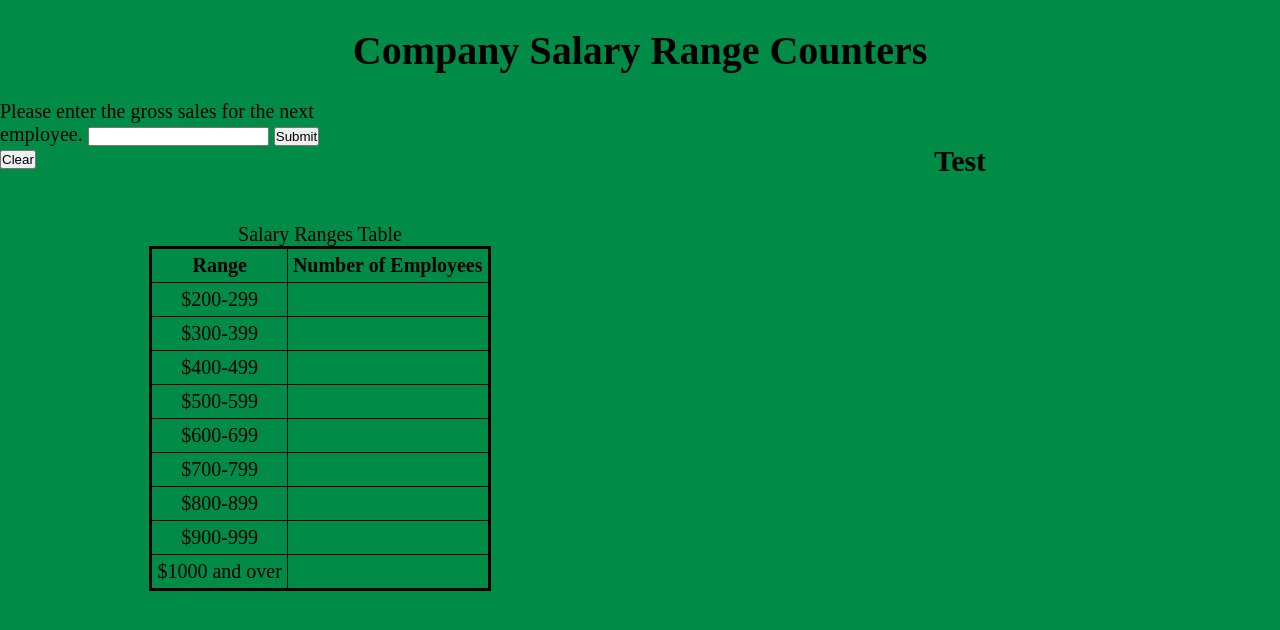
Repository: mlmEFSC21/P17-Sales-Commision
Page: sales.html
These files come from the project's save history. The page is drawn as it stood at one moment and after the next save; the edit follows.
The browser window is 1280 px wide. The pictures show the whole page.

Above is the page before, as saved 2022-04-02 08:24:11.

After the next save:
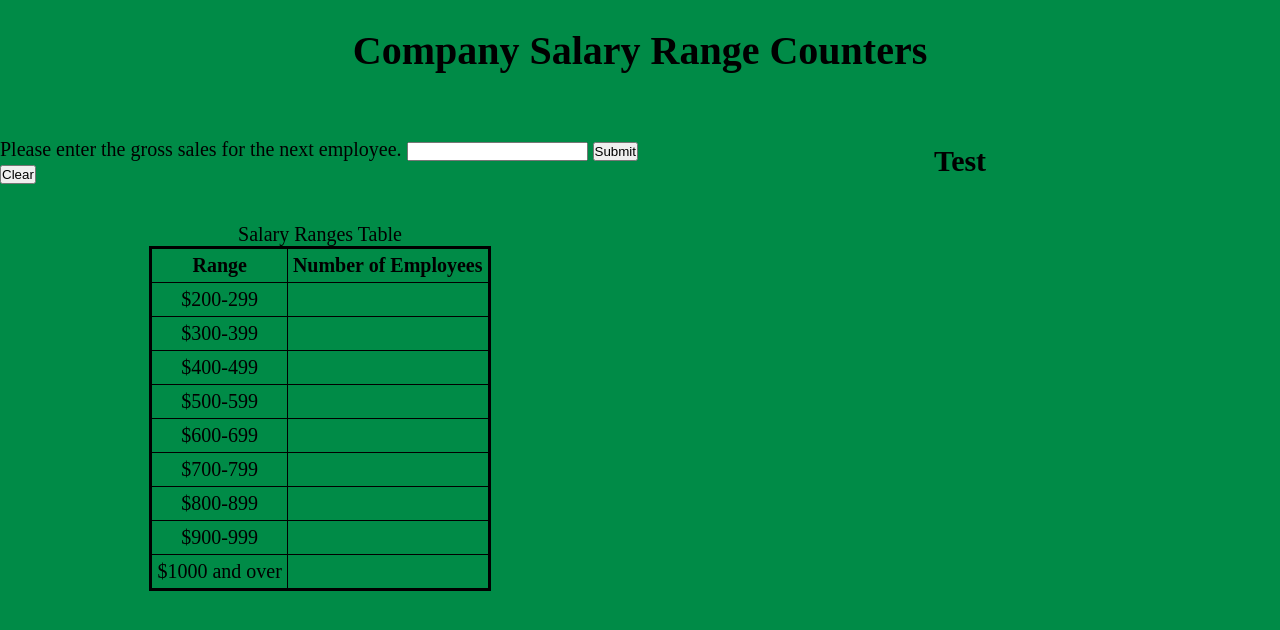
Saved 37 s later.
--- a/sales.css
+++ b/sales.css
@@ -26,6 +26,11 @@ body {
     grid-template-rows: repeat(4, 1fr);
     grid-template-columns: repeat(4, 1fr);
 }
+.formContainer {
+    grid-column: 1 / 3;
+    align-self: center;
+    justify-self: center;
+}
 .currentSalary {
     grid-column: 3 / 5;
     align-self: center;
